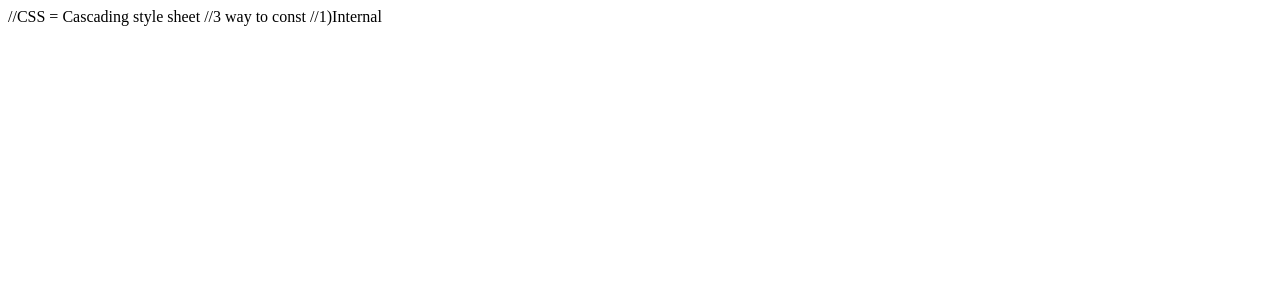
Repository: 12323397/K23KT
Page: css.html
An editor plug-in stored every save of this project. The page is shown before and after a run of saves, followed by the edit.
The browser window is 1280 px wide. The pictures show the whole page.

Above is the page before, as saved 2025-01-28 13:16:31.

### css.html
//CSS = Cascading style sheet
//3 way to const
//1)Internal

After the next 2 saves:
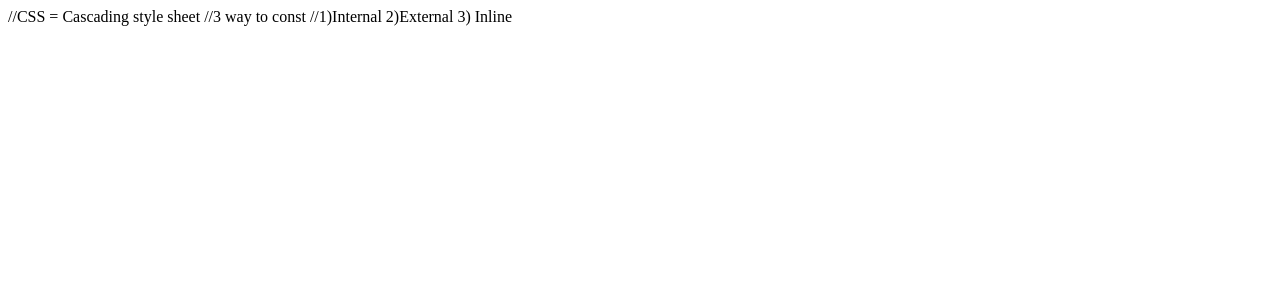
The 2 saves are shown as one change because they came seconds apart.
The last was saved 50 s later.
--- a/css.html
+++ b/css.html
@@ -1,3 +1,3 @@
 //CSS = Cascading style sheet
 //3 way to const
-//1)Internal
+//1)Internal  2)External 3) Inline
